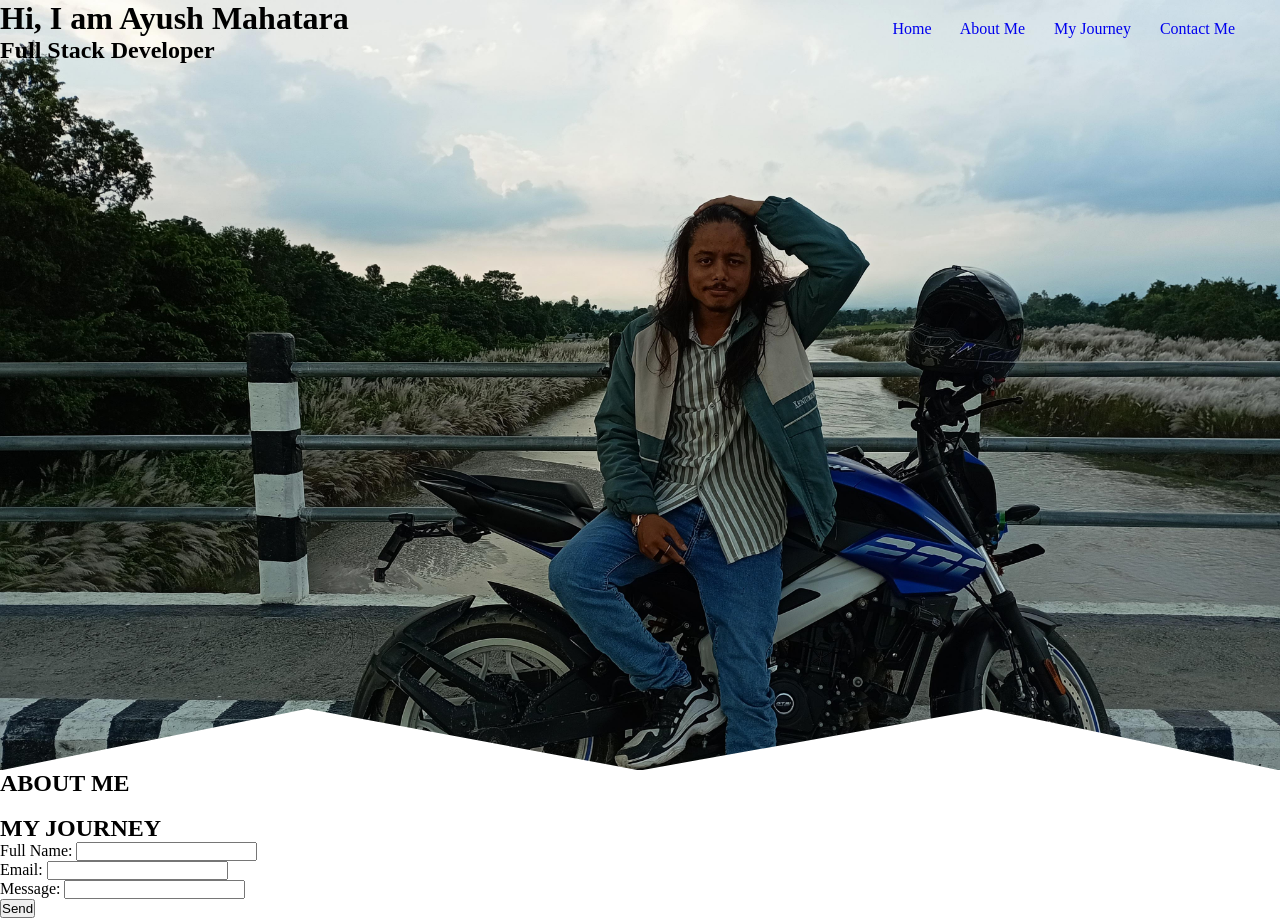
Repository: AyushMahatara/personal-website
Page: New folder/index.html
An editor plug-in stored every save of this project. The page is shown before and after the next save, followed by the edit.
The browser window is 1280 px wide. The pictures show the whole page.
Backgrounds fixed to the window are drawn as part of the page.

Above is the page before, as saved 2023-07-19 22:57:22.

After the next save:
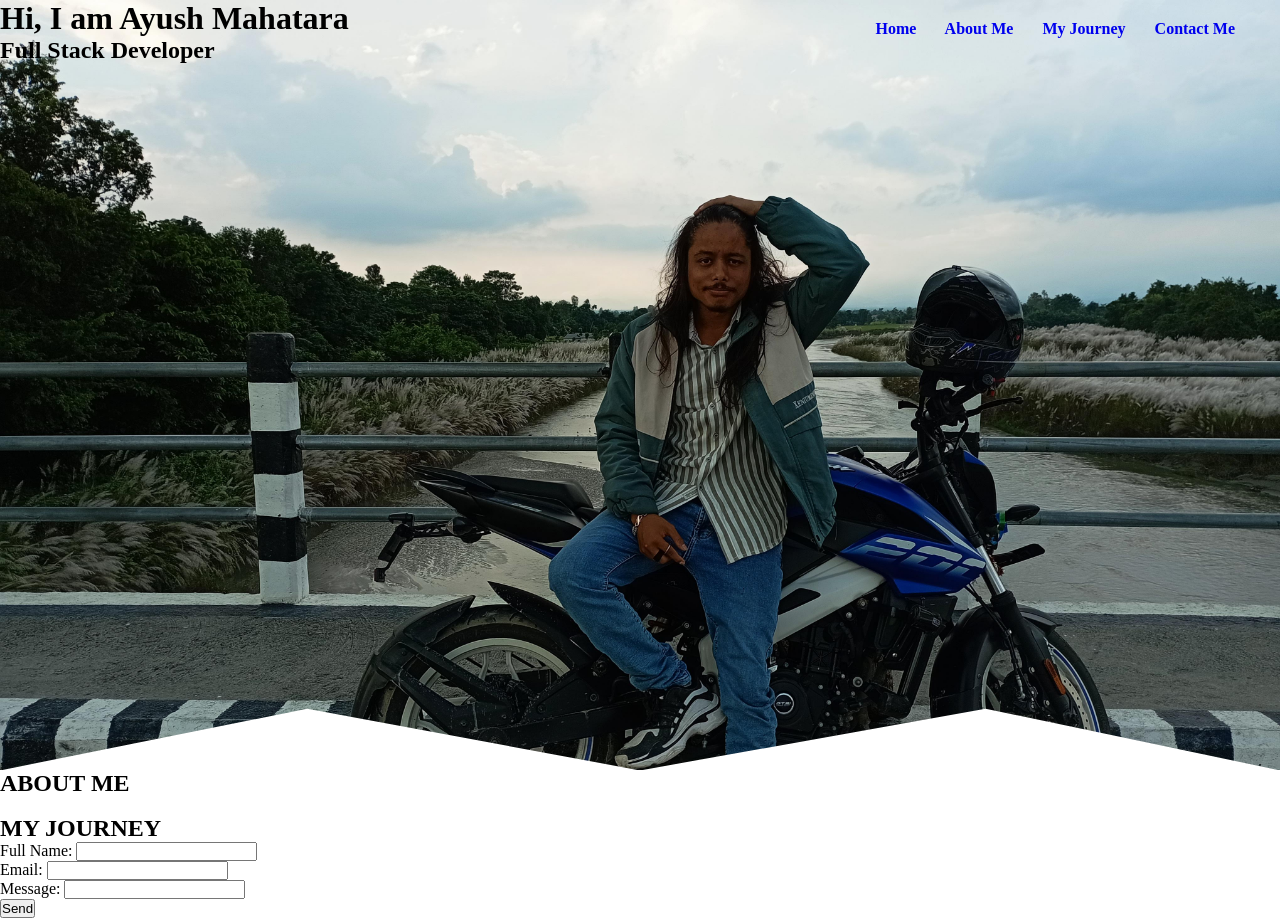
Saved 18 s later.
--- a/New folder/style.css
+++ b/New folder/style.css
@@ -28,7 +28,7 @@ header {
 nav {
   float: right;
   padding: 20px;
-  text-decoration: bold;
+  font-weight: bold;
 }
 
 nav a {
